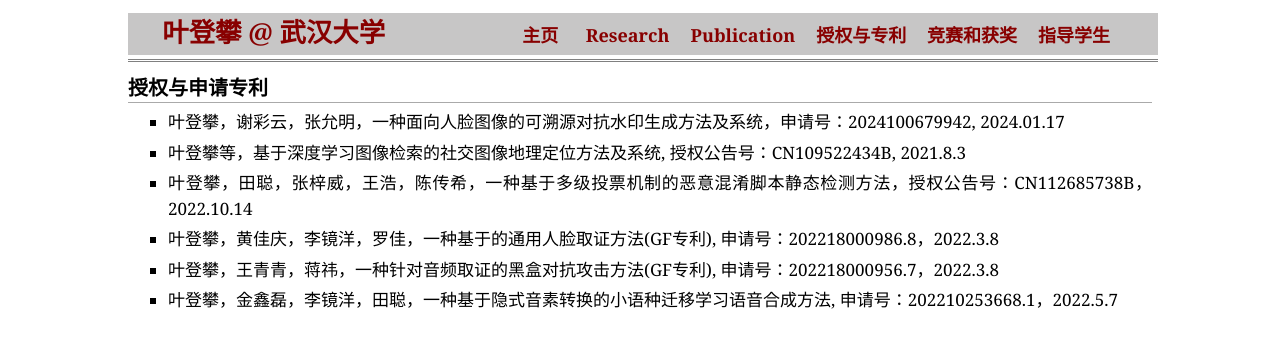
Repository: yedengpan/yedengpan.github.io
Page: patent.html
The author's editor kept a copy of each file at every save. The page is drawn from the files as they stood at one save, then again after the next save.
The browser window is 1280 px wide. The pictures show the whole page.

Above is the page before, as saved 2024-01-18 21:03:50.
Console error: SyntaxError: Unexpected token '%'

After the next save:
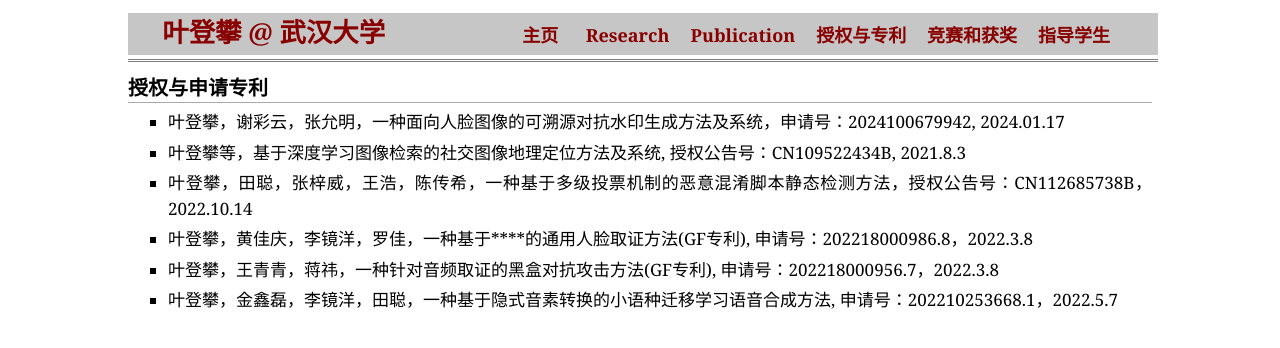
Saved 41 s later.
--- a/patent.html
+++ b/patent.html
@@ -51,7 +51,7 @@
                 </li>
                 <li>
                     <p style="text-align:justify;">
-                        叶登攀，黄佳庆，李镜洋，罗佳，一种基于的通用人脸取证方法(GF专利), 申请号：202218000986.8，2022.3.8
+                        叶登攀，黄佳庆，李镜洋，罗佳，一种基于****的通用人脸取证方法(GF专利), 申请号：202218000986.8，2022.3.8
                     </p>
                 </li>
                 <li>
